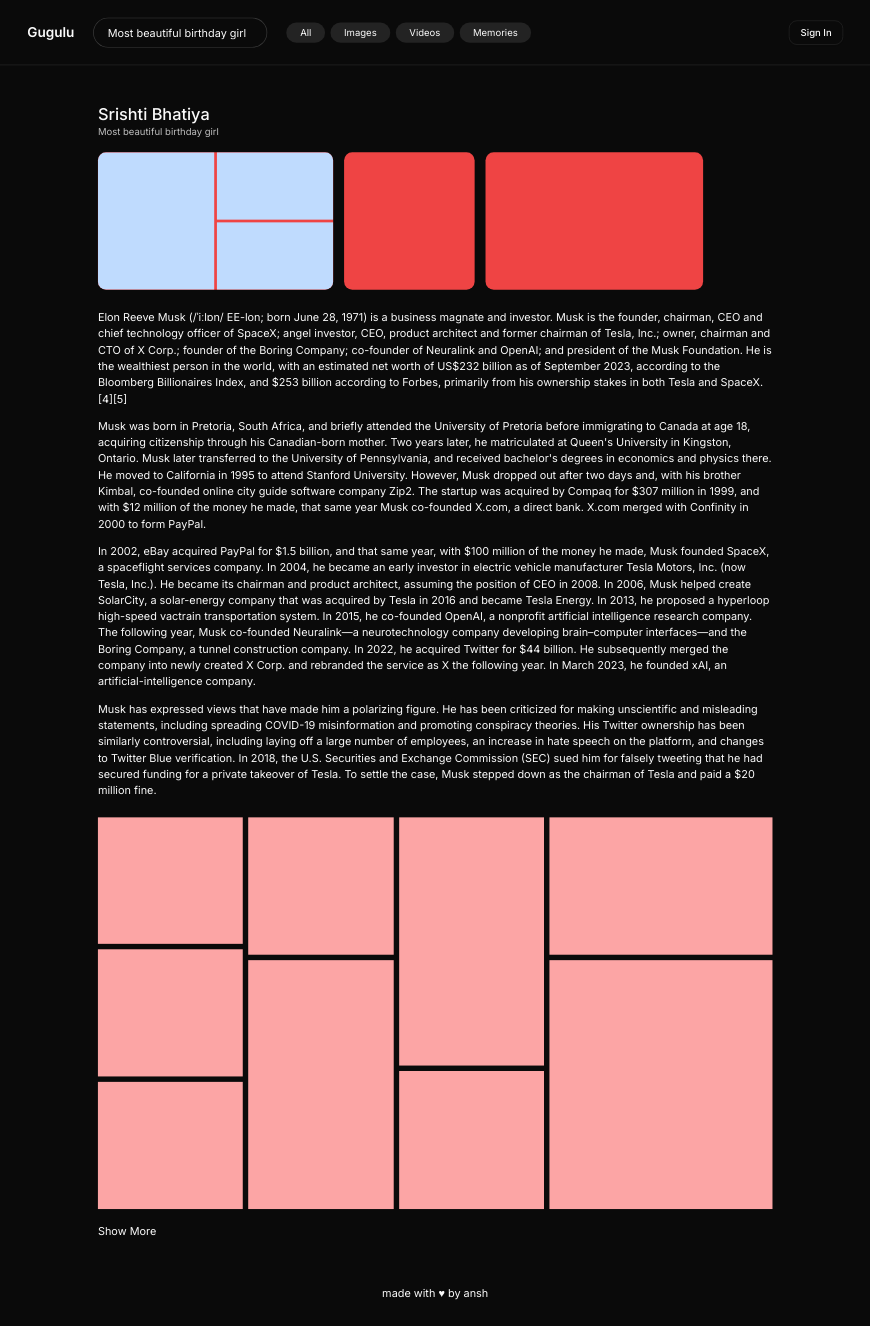
Repository: Harshgoel17/anshfinal
Page: /srishti
These files come from the project's save history. The page is drawn as it stood at one moment and after the next save; the edit follows.
The browser window is 1280 px wide. The pictures show the whole page, at 68% of full size.
The project was rebuilt for these pictures with package versions that can differ from the ones it lists, and the page was loaded fresh each time. The framework's server and built-in components were replaced by stand-ins that run in the browser. Also part of the build but not shown: next.config.js.

Above is the page before, as saved 2023-10-06 16:25:52.

### app/layout.js
import "./globals.css";
import { Inter } from "next/font/google";

const inter = Inter({ subsets: ["latin"] });

export const metadata = {
  title: "Gugulu",
  description: "Generated by create next app",
};

export default function RootLayout({ children }) {
  return (
    <html lang="en">
      <body className={inter.className}>{children}</body>
    </html>
  );
}

### app/srishti/page.jsx
import Gallery from '@/components/Gallery'
import Navbar from '@/components/Navbar'
import React from 'react'

const page = () => {
  return (
    <div className='overflow-x-hidden'>
        <Navbar />
        <div className='py-14 px-36 gap-5 flex flex-col'>
            <div>
                <h1 className='text-2xl font-medium'>Srishti Bhatiya</h1>
                <p className='text-sm opacity-75'>Most beautiful birthday girl</p>
            </div>

            <div className='flex items-center gap-4'>
                <div className='bg-red-500 lg:w-[27vw] h-[28vh]  rounded-xl flex gap-1 overflow-hidden'>
                    <span className='bg-blue-200 w-[50%] h-full'></span>

                    <div className='flex flex-col gap-1 w-[50%] h-full'>
                        <span className='bg-blue-200 h-[50%] w-full'></span>
                        <span className='bg-blue-200 h-[50%] w-full'></span>
                    </div>
                </div>

                <div className='bg-red-500 lg:w-[15vw] h-[28vh]  rounded-xl flex gap-1 overflow-hidden'>

                </div>

                <div className='bg-red-500 lg:w-[25vw] h-[28vh]  rounded-xl flex gap-1 overflow-hidden'>

                </div>
            </div>

            <div className='text-lol py-2 flex flex-col gap-4'>
                <p>
                Elon Reeve Musk (/ˈiːlɒn/ EE-lon; born June 28, 1971) is a business magnate and investor. Musk is the founder, chairman, CEO and chief technology officer of SpaceX; angel investor, CEO, product architect and former chairman of Tesla, Inc.; owner, chairman and CTO of X Corp.; founder of the Boring Company; co-founder of Neuralink and OpenAI; and president of the Musk Foundation. He is the wealthiest person in the world, with an estimated net worth of US$232 billion as of September 2023, according to the Bloomberg Billionaires Index, and $253 billion according to Forbes, primarily from his ownership stakes in both Tesla and SpaceX.[4][5]


                </p>

                <p>
                Musk was born in Pretoria, South Africa, and briefly attended the University of Pretoria before immigrating to Canada at age 18, acquiring citizenship through his Canadian-born mother. Two years later, he matriculated at Queen's University in Kingston, Ontario. Musk later transferred to the University of Pennsylvania, and received bachelor's degrees in economics and physics there. He moved to California in 1995 to attend Stanford University. However, Musk dropped out after two days and, with his brother Kimbal, co-founded online city guide software company Zip2. The startup was acquired by Compaq for $307 million in 1999, and with $12 million of the money he made, that same year Musk co-founded X.com, a direct bank. X.com merged with Confinity in 2000 to form PayPal.

                </p>

                <p>
                In 2002, eBay acquired PayPal for $1.5 billion, and that same year, with $100 million of the money he made, Musk founded SpaceX, a spaceflight services company. In 2004, he became an early investor in electric vehicle manufacturer Tesla Motors, Inc. (now Tesla, Inc.). He became its chairman and product architect, assuming the position of CEO in 2008. In 2006, Musk helped create SolarCity, a solar-energy company that was acquired by Tesla in 2016 and became Tesla Energy. In 2013, he proposed a hyperloop high-speed vactrain transportation system. In 2015, he co-founded OpenAI, a nonprofit artificial intelligence research company. The following year, Musk co-founded Neuralink—a neurotechnology company developing brain–computer interfaces—and the Boring Company, a tunnel construction company. In 2022, he acquired Twitter for $44 billion. He subsequently merged the company into newly created X Corp. and rebranded the service as X the following year. In March 2023, he founded xAI, an artificial-intelligence company.


                </p>

                <p>
                Musk has expressed views that have made him a polarizing figure. He has been criticized for making unscientific and misleading statements, including spreading COVID-19 misinformation and promoting conspiracy theories. His Twitter ownership has been similarly controversial, including laying off a large number of employees, an increase in hate speech on the platform, and changes to Twitter Blue verification. In 2018, the U.S. Securities and Exchange Commission (SEC) sued him for falsely tweeting that he had secured funding for a private takeover of Tesla. To settle the case, Musk stepped down as the chairman of Tesla and paid a $20 million fine.
                </p>
            </div>

            <Gallery />

            <div>
                <a href="">Show More</a>
            </div>

            <div className='mt-12 mb-[-20px] text-center'>
                made with ♥ by ansh
            </div>
        </div>
    </div>
  )
}

export default page

### app/globals.css
@tailwind base;
@tailwind components;
@tailwind utilities;

@layer base {
  :root {
    --background: 0 0% 3.9%;
    --foreground: 0 0% 98%;

    --card: 0 0% 3.9%;
    --card-foreground: 0 0% 98%;

    --popover: 0 0% 3.9%;
    --popover-foreground: 0 0% 98%;

    --primary: 0 0% 98%;
    --primary-foreground: 0 0% 9%;

    --secondary: 0 0% 14.9%;
    --secondary-foreground: 0 0% 98%;

    --muted: 0 0% 14.9%;
    --muted-foreground: 0 0% 63.9%;

    --accent: 0 0% 14.9%;
    --accent-foreground: 0 0% 98%;

    --destructive: 0 62.8% 30.6%;
    --destructive-foreground: 0 0% 98%;

    --border: 0 0% 14.9%;
    --input: 0 0% 14.9%;
    --ring: 0 0% 83.1%;
  }

  .dark {
    --background: 0 0% 3.9%;
    --foreground: 0 0% 98%;

    --card: 0 0% 3.9%;
    --card-foreground: 0 0% 98%;

    --popover: 0 0% 3.9%;
    --popover-foreground: 0 0% 98%;

    --primary: 0 0% 98%;
    --primary-foreground: 0 0% 9%;

    --secondary: 0 0% 14.9%;
    --secondary-foreground: 0 0% 98%;

    --muted: 0 0% 14.9%;
    --muted-foreground: 0 0% 63.9%;

    --accent: 0 0% 14.9%;
    --accent-foreground: 0 0% 98%;

    --destructive: 0 62.8% 30.6%;
    --destructive-foreground: 0 0% 98%;

    --border: 0 0% 14.9%;
    --input: 0 0% 14.9%;
    --ring: 0 0% 83.1%;
  }
}

@layer base {
  * {
    @apply border-border;
  }
  body {
    @apply bg-background text-foreground;
  }
}

### components/Gallery.jsx
import React from 'react'

const Gallery = () => {
  return (
    <div className='h-[80vh] flex gap-2'>
        <div className='grid grid-cols-3 gap-2 h-full w-full flex-[2]  '>
            <div className='flex flex-col h-full w-full  gap-2'>
                <span className='bg-red-300 w-full h-full'></span>
                <span className='bg-red-300 w-full h-full'></span>
                <span className='bg-red-300 w-full h-full'></span>
            </div>

            <div className='flex flex-col h-full w-full  gap-2'>
                <span className='bg-red-300 w-full h-full flex-1'></span>

                <span className='bg-red-300 w-full h-full flex-[1.8]'></span>
            </div>

            <div className='flex flex-col h-full w-full  gap-2'>
                <span className='bg-red-300 w-full h-full flex-[1.8]'></span>
                <span className='bg-red-300 w-full h-full flex-1'></span>

            </div>


        </div>

        <div className='flex h-full flex-col w-full flex-1 gap-2  '>
            <span className='bg-red-300 w-full h-full flex-1'></span>
            <span className='bg-red-300 w-full h-full flex-[1.8]'></span>
        </div>
    </div>
  )
}

export default Gallery

### components/Navbar.jsx
import React from 'react'
import { Button } from "@/components/ui/button";

const Navbar = () => {
  return (
    <div className='flex h-24 w-screen items-center justify-between border-b px-10'>
        <div className='flex gap-7 items-center'>
            <h1 className='text-xl font-semibold'>Gugulu</h1>
            <input type="text" className="bg-background border border-foreground/20 rounded-full h-11 w-[20vw] px-5" value={'Most beautiful birthday girl'}/>

            <div className='flex items-center justify-center gap-2 text-sm'>
                <div className='rounded-full bg-foreground/10 px-5 py-[5px] cursor-pointer'>All</div>
                <div className='rounded-full bg-foreground/10 px-5 py-[5px] cursor-pointer'>Images</div>
                <div className='rounded-full bg-foreground/10 px-5 py-[5px] cursor-pointer'>Videos</div>
                <div className='rounded-full bg-foreground/10 px-5 py-[5px] cursor-pointer'>Memories</div>
            </div>
        </div>
        <div className='flex items-center gap-6'>
            <Button variant="outline" className="rounded-xl" >Sign In</Button>
        </div>
    </div>
  )
}

export default Navbar

### components/ui/button.jsx
import * as React from "react"
import { Slot } from "@radix-ui/react-slot"
import { cva } from "class-variance-authority";

import { cn } from "@/lib/utils"

const buttonVariants = cva(
  "inline-flex items-center justify-center rounded-md text-sm font-medium transition-colors focus-visible:outline-none focus-visible:ring-1 focus-visible:ring-ring disabled:pointer-events-none disabled:opacity-50",
  {
    variants: {
      variant: {
        default:
          "bg-primary text-primary-foreground shadow hover:bg-primary/90",
        destructive:
          "bg-destructive text-destructive-foreground shadow-sm hover:bg-destructive/90",
        outline:
          "border border-input bg-transparent shadow-sm hover:bg-accent hover:text-accent-foreground",
        secondary:
          "bg-secondary text-secondary-foreground shadow-sm hover:bg-secondary/80",
        ghost: "hover:bg-accent hover:text-accent-foreground",
        link: "text-primary underline-offset-4 hover:underline",
      },
      size: {
        default: "h-9 px-4 py-2",
        sm: "h-8 rounded-md px-3 text-xs",
        lg: "h-10 rounded-md px-8",
        icon: "h-9 w-9",
      },
    },
    defaultVariants: {
      variant: "default",
      size: "default",
    },
  }
)

const Button = React.forwardRef(({ className, variant, size, asChild = false, ...props }, ref) => {
  const Comp = asChild ? Slot : "button"
  return (
    (<Comp
      className={cn(buttonVariants({ variant, size, className }))}
      ref={ref}
      {...props} />)
  );
})
Button.displayName = "Button"

export { Button, buttonVariants }

Loaded but not shown: lib/utils.js (common file); tailwind.config.js (common file)

After the next save:
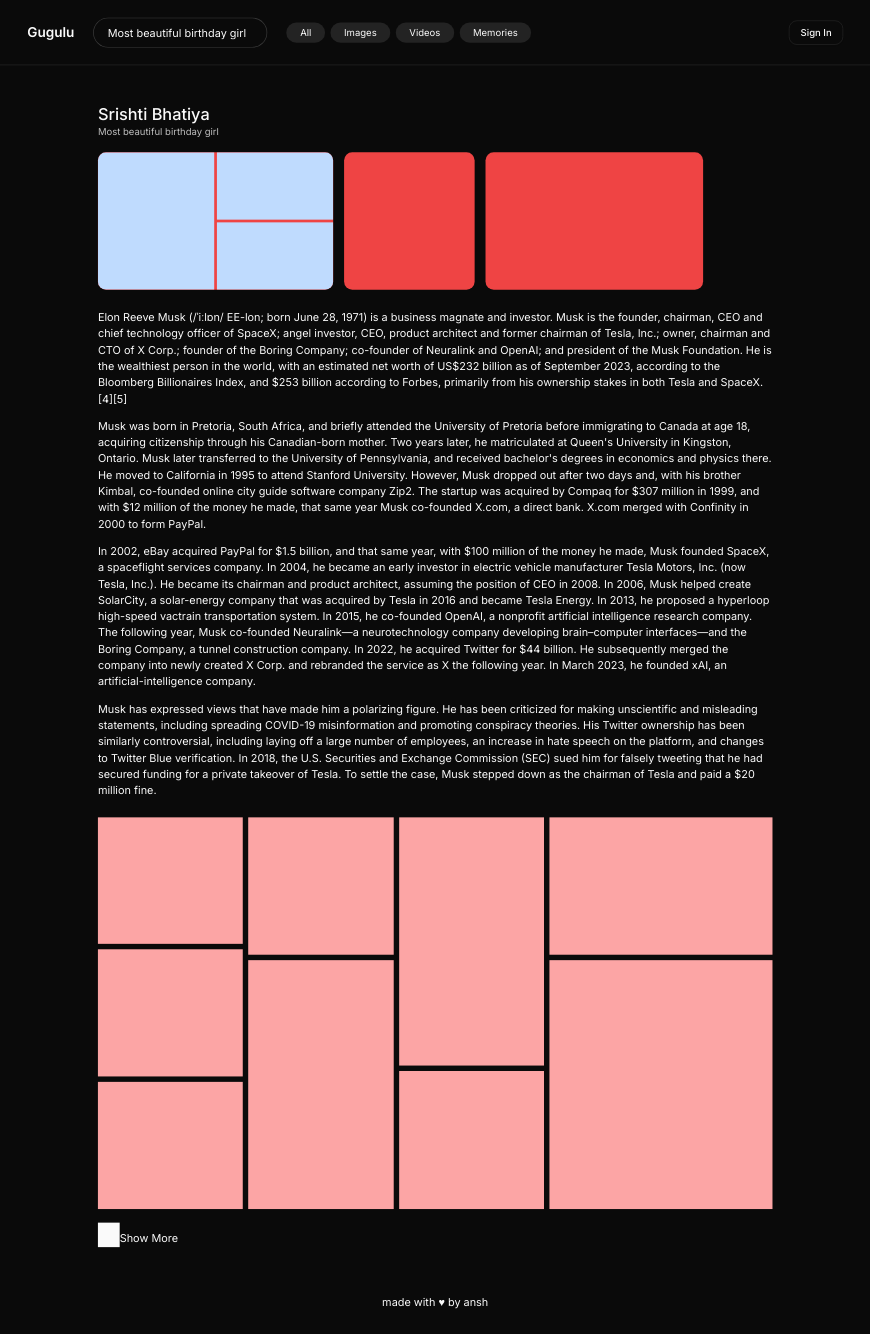
Saved 20 s later.
--- a/app/srishti/page.jsx
+++ b/app/srishti/page.jsx
@@ -1,5 +1,6 @@
 import Gallery from '@/components/Gallery'
 import Navbar from '@/components/Navbar'
+import { Button } from '@/components/ui/button'
 import React from 'react'
 
 const page = () => {
@@ -56,7 +57,8 @@
 
             <Gallery />
 
-            <div>
+            <div className=''>
+                <Button ></Button>
                 <a href="">Show More</a>
             </div>
 
